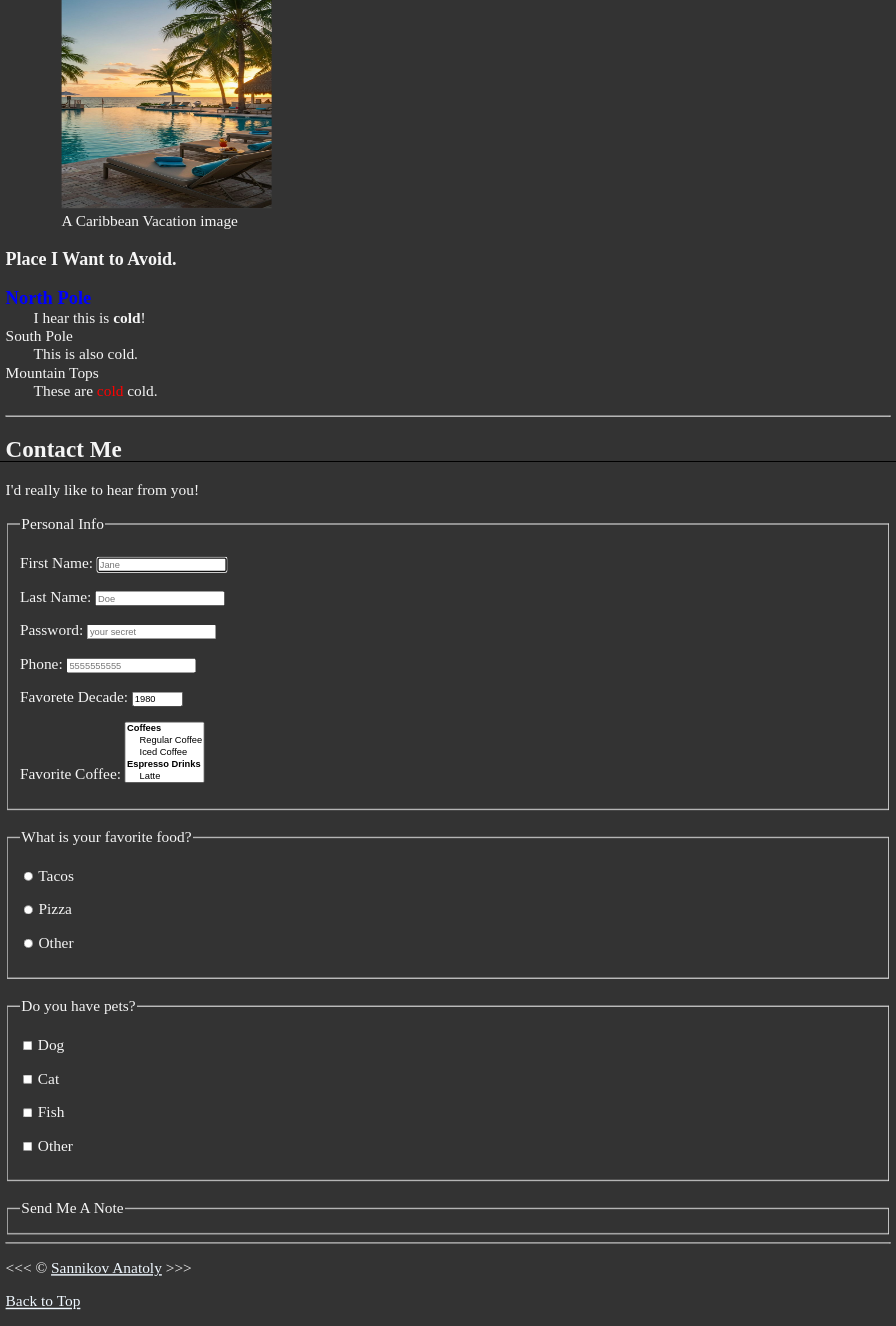
Repository: sannikovcode/exercises-a1
Page: JS/test1/task3/index.html
The author's editor kept a copy of each file at every save. The page is drawn from the files as they stood at one save, then again after the next save.
The browser window is 1280 px wide. The pictures show the part of the page from y = 2245 to 4165 px (the page is 4139 px tall before and 4165 px after), at 70% of full size.

Above is the page before, as saved 2025-10-15 10:33:38.

### JS/test1/task3/index.html
<!DOCTYPE html>
<html lang="en">

<head>
  <meta charset="UTF-8">
  <meta name="author" content="Anatoly">
  <meta name="description" content="This page contains all the things. I am learning how to create as I learn HTML.">

  <title>First web page</title>

  <link rel="icon" href="html5.png" type="image/x-icon">
  <link rel="stylesheet" href="main.css" type="text/css">
</head>

<body>
  <header>
    <h1>My Goals for the Year</h1>

    <ol aria-label="primary-navigation">
      <li><a href="#html">Learn HTML</a></li>
      <li><a href="#vacation">Planning a Vacation </a></li>
      <li><a href="#contact">Contact Me </a></li>
    </ol>
  </header>
  <!-- ffasfasdfasdfafsdsfs -->

  <hr>
  <main>
    <article id="html">
      <h2>I'm Ready to Learn HTML</h2>
      <p>This is my first web page.</p>
      <section>
        <h3>HTML5</h3>
        <img src="img/html-logo.jpg" alt="HTML5 Logo" title="I am learning HTML5" width="300" height="300">
        <figure>
          <figcaption>An Example of HTML5 code</figcaption>
          <p>
            <code>&lt;h1&gt;Hello World!&lt;/h1&gt;</code>
          </p>
        </figure>
      </section>
      <section>
        <h3>My Daily Schedule</h3>
        <p>Let me tell you how:</p>
        <ol>
          <li>... I learn more about web dev.</li>
          <li>... I plan out my schedule.</li>
          <li>
            ... I use resources from
            <abbr title="Mozilla Developer Network">
              <a href="https://developer.mozilla.org/">MDN</a> </abbr>.
          </li>
        </ol>
        <aside>
          <details>
            <summary>Guess the <mark>number of hours</mark> I code per day</summary>
            <p>I start at <time datetime="08:00">8 am</time> and
              I write code for <time datetime="PT3H">3 hours</time> every morning</p>
          </details>
        </aside>
        <br>
        <br>
        <table>
          <caption>My Daily Schedule</caption>
          <thead>
            <tr>
              <th>&nbsp;</th>
              <th id="time" scope="col">Time</th>
              <th id="activity" scope="col">Activiry</th>
            </tr>
          </thead>
          <tbody>
            <tr>
              <th id="morning" scope="row">Morning</th>
              <td>
                <time datetime="08:00">8am</time> -
                <time datetime="11:00">11am</time>
              </td>
              <td>Write Code</td>
            </tr>
            <tr>
              <th id="break" scope="row">Break</th>
              <td>
                <time datetime="11:00">11am</time> -
                <time datetime="12:00">12pm</time>
              </td>
              <td>Eat Lunch</td>
            </tr>
            <tr>
              <th id="afternoon" scope="row">Afternoon</th>
              <td>
                <time datetime="12:00">12pm</time> -
                <time datetime="17:00">5pm</time>
              </td>
              <td>Study for Other Courses</td>
            </tr>
            <tr>
              <th id="evening" scope="row">Evening</th>
              <td rowspan="2">All Other Times</td>
              <td>Free Time</td>
            </tr>
            <tr>
              <th id="night" scope="row">Night</th>
              <td>Sleep</td>
            </tr>
          </tbody>
          <tfoot>
            <tr>
              <td colspan="3">And that's what I do every day,
                5 days a week. Just eat, sleep, code ..and
                recharge!
              </td>
            </tr>
          </tfoot>
        </table>



      </section>
    </article>

    <hr>
    <article id="Vacation">
      <h2>I Am Also Planning a Vacation</h2>
      <p>I've been working hard and <em>really need a getaway.</em></p>
      <p>I live in <abbr title="Kansas">KS</abbr> so I want visit a beach.</p>

      <section>
        <h3>Place I'd Like to Visit</h3>
        <ul>
          <li>
            <p>I've heard good things about the Caribben.</p>
            <figure>
              <img src="img/caribbean.jpg" alt="caribbean beach" title="I want to visit a caribbean" width="400"
                height="225" loading="lazy">
              <figcaption>Caribbean Beach getaway</figcaption>
            </figure>
          </li>
          <li>
            <p>I've heard good things about going here:</p>
            <address>
              Margaritaville Island Reserve Riviera Cancun<br>
              Bahia Petempich Puerto Morelos, Maxico<br>
              Colonia Morelos, Mexico 77580
            </address>

            <figure>
              <img src="img/vocation.jpg" alt="Cancun Vacation" title="I want a vacation" width="300" height="300"
                loading="lazy">
              <figcaption>
                A Caribbean Vacation image
              </figcaption>
            </figure>

          </li>
        </ul>
      </section>

      <!--TODO: Add more places-->


      <section>

        <h3>Place I Want to Avoid.</h3>
        <dl>
          <dt><span class="North">North Pole</span></dt>
          <dd>I hear this is <strong>cold</strong>!</dd>

          <dt>South Pole</dt>
          <dd>This is also cold.</dd>
          <dt>Mountain Tops</dt>
          <dd>These are <span style="color: red;">cold</span> cold.</dd>
        </dl>
      </section>
    </article>

    <hr>
    <article id="contact">
      <h2>Contact Me</h2>
      <p>I'd really like to hear from you!</p>


      <form action="https://httpbin.org/get" method="get">
        <fieldset>
          <legend>Personal Info</legend>

          <p>
            <label for="firstName">First Name:</label>
            <input type="text" name="first" id="firstName" placeholder="Jane" autocomplete="on" required autofocus>
          </p>
          <p>
            <label for="lastName">Last Name:</label>
            <input type="text" name="first" id="lastName" placeholder="Doe" autocomplete="on" required>
          </p>
          <p>
            <label for="password">Password:</label>
            <input type="password" name="password" id="password" placeholder="your secret" required>
          </p>
          <p>
            <label for="phone">Phone:</label>
            <input type="tel" name="phone" id="phone" placeholder="5555555555" pattern="[0-9]{3}[0-9]{3}[0-9]{4}"
              required>
          </p>
          <p>
            <label for="decade">Favorete Decade:</label>
            <input type="number" name="decade" id="decade" min="1950" max="2020" step="10" value="1980">
          </p>
          <p>
            <label for="coffee">Favorite Coffee:</label>
            <select name="coffee" id="coffee" multiple size="5">
              <optgroup label="Coffees">
                <option value="regular coffee">Regular Coffee</option>
                <option value="iced coffee">Iced Coffee</option>
              </optgroup>
              <optgroup label="Espresso Drinks">
                <option value="latte">Latte</option>
                <option value="cappuction">Cappuction</option>
                <option value="cortado">Cortado</option>
                <option value="americano">Americano</option>
              </optgroup>
              <option value="other">Other</option>

            </select>
          </p>
          <!--    <p>
          <label for="coffee">Favorite Coffee:</label>
          <input type="text" name="coffee" id="coffee" list="coffee-list">
          <datalist id="coffee-list">
            <option value="regular coffee">
            <option value="iced coffee">
            <option value="latte">
            <option value="cappuction">
            <option value="cortado">
            <option value="americano">
            <option value="other">
          </datalist>
        </p> -->
        </fieldset>
        <br>
        <fieldset>
          <legend>What is your favorite food?</legend>
          <p>
            <input type="radio" name="food" id="tacos" value="tacos">
            <label for="tacos">Tacos</label>
          </p>
          <p>
            <input type="radio" name="food" id="pizza" value="pizza">
            <label for="pizza">Pizza</label>
          </p>
          <p>
            <input type="radio" name="food" id="other" value="other">
            <label for="other">Other</label>
          </p>
        </fieldset>
        <br>
        <fieldset>
          <legend>Do you have pets?</legend>
          <p>
            <input type="checkbox" name="pets" id="dog" value="dog">
            <label for="dog">Dog</label>
          </p>
          <p>
            <input type="checkbox" name="pets" id="cat" value="cat">
            <label for="cat">Cat</label>
          </p>
          <p>
            <input type="checkbox" name="pets" id="fish" value="fish">
            <label for="fish">Fish</label>
          </p>
          <p>
            <input type="checkbox" name="pets" id="otherPet" value="otherPet">
            <label for="otherPet">Other</label>
          </p>
        </fieldset>
        <br>
        <fieldset>
          <legend>Send Me A Note</legend>
        </fieldset>
      </form>

    </article>
  </main>

  <hr>

  <footer>
    <p>
      &lt;&lt;&lt; &copy; <a href="about.html">Sannikov Anatoly</a> &gt;&gt;&gt;
    </p>

    <p>
      <a href="#">Back to Top</a>
    </p>
  </footer>

</body>

</html>

### JS/test1/task3/main.css
html {
  font-size: 22px;
}

body {
  background-color: #333;
  color: whitesmoke;
}

a {
  color: aliceblue;
}

a:visited {
  color: lightgray;
}

a:hover,
a:active {
  color: #eee;
}

/*================ Мои эксперементы ================== */
  .North {
    color: blue;
    font-weight: bold;
    font-size: 1.2em;
}

/*======== Из видео продолжение ============*/

table, tr, th, td, caption {
        border: 1px solid #eee;
        font-family: 'Courier New', Courier, monospace;
        border-collapse: collapse;
        padding: 0.5rem;
}

After the next save:
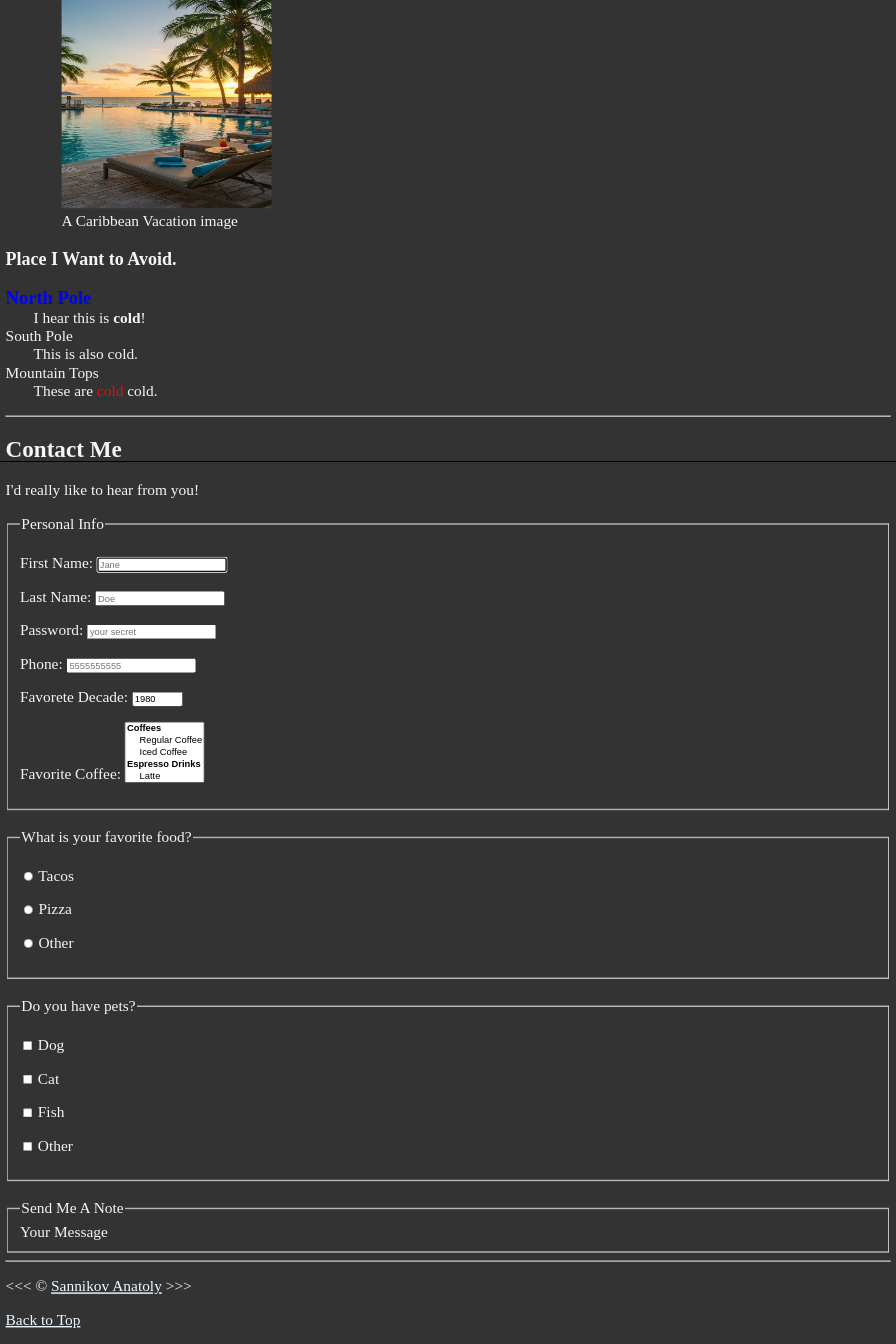
Saved 20 s later.
--- a/JS/test1/task3/index.html
+++ b/JS/test1/task3/index.html
@@ -275,6 +275,7 @@
         <br>
         <fieldset>
           <legend>Send Me A Note</legend>
+          <label for="message">Your Message</label>
         </fieldset>
       </form>
 
